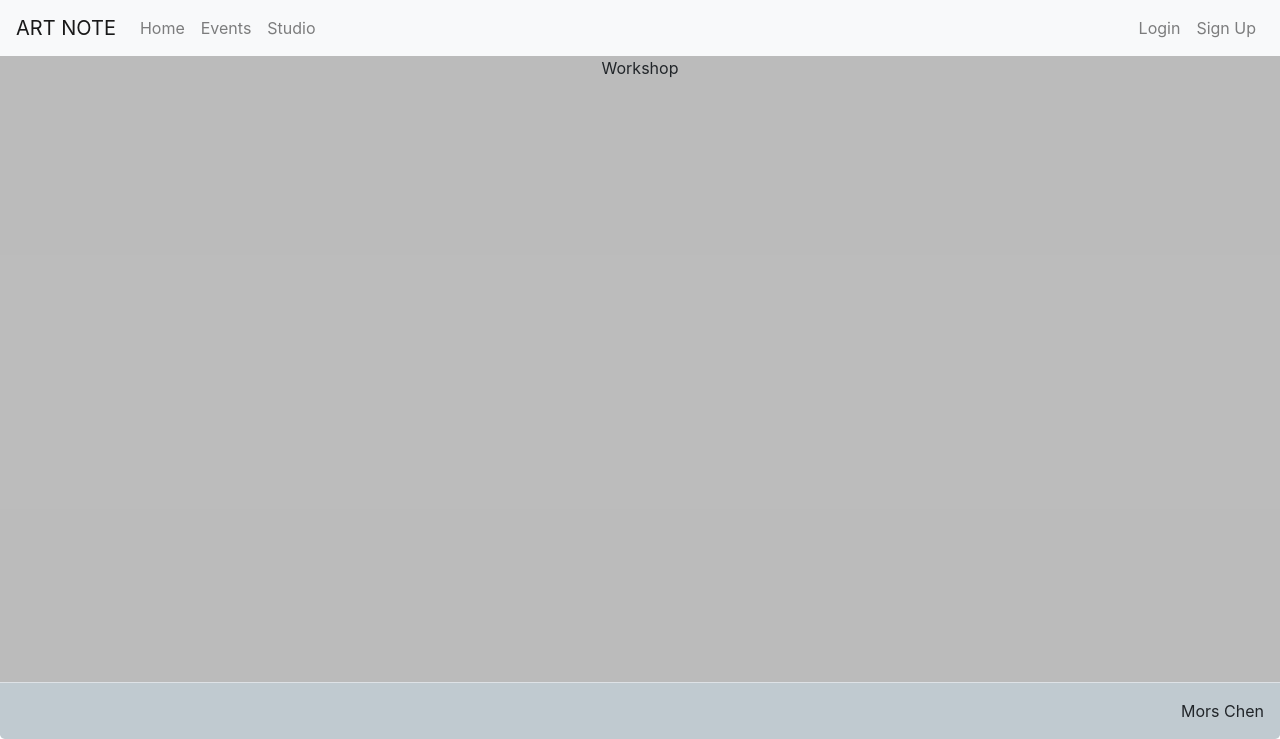
Repository: MorsChen/Final-Client
Page: /workshop (app in client-app/)
These files come from the project's save history. The page is drawn as it stood at one moment and after the next save; the edit follows.
The browser window is 1280 px wide. The pictures show the whole page.
The page's requests for data from a server got no answer. The project was rebuilt for these pictures with package versions that can differ from the ones it lists, and the page was loaded fresh each time. No one was signed in, and anything a server would have sent is missing. Also part of the build but not shown: client-app/src/page/Home.js, client-app/src/page/SignUp.js, client-app/src/page/Login.js, client-app/src/page/Profile.js.

Above is the page before, as saved 2019-10-01 15:39:43.

### client-app/public/index.html
<!DOCTYPE html>
<html lang="en">
  <head>
    <meta charset="utf-8" />
    <link rel="shortcut icon" href="%PUBLIC_URL%/favicon.ico" />
    <meta name="viewport" content="width=device-width, initial-scale=1" />
    <meta name="theme-color" content="#000000" />
    <meta
      name="description"
      content="Web site created using create-react-app"
    />
    <link rel="apple-touch-icon" href="logo192.png" />
    <link
        rel="stylesheet"
        href="https://maxcdn.bootstrapcdn.com/bootstrap/4.3.1/css/bootstrap.min.css"
        integrity="sha384-ggOyR0iXCbMQv3Xipma34MD+dH/1fQ784/j6cY/iJTQUOhcWr7x9JvoRxT2MZw1T"
        crossorigin="anonymous"
      />
    <!--
      manifest.json provides metadata used when your web app is installed on a
      user's mobile device or desktop. See https://developers.google.com/web/fundamentals/web-app-manifest/
    -->
    <link rel="manifest" href="%PUBLIC_URL%/manifest.json" />
    <!--
      Notice the use of %PUBLIC_URL% in the tags above.
      It will be replaced with the URL of the `public` folder during the build.
      Only files inside the `public` folder can be referenced from the HTML.

      Unlike "/favicon.ico" or "favicon.ico", "%PUBLIC_URL%/favicon.ico" will
      work correctly both with client-side routing and a non-root public URL.
      Learn how to configure a non-root public URL by running `npm run build`.
    -->
    <title>Art Note</title>
  </head>
  <body>
    <noscript>You need to enable JavaScript to run this app.</noscript>
    <div id="root"></div>
    <!--
      This HTML file is a template.
      If you open it directly in the browser, you will see an empty page.

      You can add webfonts, meta tags, or analytics to this file.
      The build step will place the bundled scripts into the <body> tag.

      To begin the development, run `npm start` or `yarn start`.
      To create a production bundle, use `npm run build` or `yarn build`.
    -->
  </body>
</html>

### client-app/src/App.js
import React from "react";
import { BrowserRouter as Router, Route } from "react-router-dom";
import "./App.css";
import 'bootstrap/dist/css/bootstrap.min.css';



import Home from "./page/Home";
import SignUp from "./page/SignUp";
import Login from "./page/Login";
import Logout from "./page/Logout";
import Profile, {EditProfile, CreateProfile} from "./page/Profile";
import NavBar from "./static/NavBar";

// const URL = `https://127.0.0.1:5000/`
export default class App extends React.Component {
  constructor(props) {
    super(props);
    const existingToken = localStorage.getItem('token');
    const accessToken = (window.location.search.split("=")[0]==="?api_key") ? window.location.search.split("=")[1] : null;

    if (!accessToken && !existingToken){
        window.location.replace(`localhost:3000/`)
    };

    if (accessToken) {
        localStorage.setItem('token', accessToken);
    };

    this.state = {
      isloading:true,
      events: {},
      blogs: {},
      users: {},
      profiles: {},
      comments: {},
      news: {},
      token: existingToken || accessToken,
      user:{isSignin:false}
    }
  }

  componentDidMount() {
    this.fetchhome()
    this.fetchUser()
  }

  fetchUser= async() =>{
    const a = await fetch('https://127.0.0.1:5000/getuserinfo',{
      headers: {
        "Content-Type": "application/json",
        "Authorization": `Token ${this.state.token}`
      }
    })
    const b = await a.json()
    if (b.status === 200) {
      b.user.isSignin= true;
      b.user.token = this.state.token
      this.setState({isloading:true,user:b.user})
    }
  }

  fetchhome = async()=>{
    const token = this.state.token
    const resp = await fetch(`https://127.0.0.1:5000/userload`, {
            method: "GET",
            headers: ({
                "Content-Type": "application/json",
                "Authorization": `Token ${token}`
                })
            });
    const data = await resp.json()
    console.log("home data",data)
  }

  getToken = (token) => {
    this.setState({token : token})

  }
  // isSignin = () =>{
  //   if (this.state.token !== null){
  //     this.setState({ isSignin : true})
  //   }else {
  //     this.setState({isSignin: false})
  //   }
  //   localStorage.setItem('isSignin', this.isSignin)
  // }

  render() {
    console.log('check state', this.state)
    return (
      <div className="App">
        <Router>
            <NavBar user = {this.state.user} />


          <div className="mag-top">
            <Route path="/" exact component={Home}/>
            <Route path="/events/" exact component={Events} />
            <Route path="/studio/" exact component={Studio} />
            <Route path="/workshop/" component={Workshop} />
            <Route path="/profile/" exact component={ (props) => <Profile {...props} user = {this.state.user} />} />
            <Route path="/profile/create/" comment ={(props)=> <CreateProfile {...props} user = {this.state.user} />}/>
            <Route path="/profile/edit/" comment ={(props)=> <EditProfile {...props} user = {this.state.user} />}/>
            <Route path="/courses/" component={Courses} />
            {/* <Route path="/learningpaths/" component={LearningPaths} /> */}
            <Route path="/login/" component={ (props) => <Login {...props} getToken = {this.getToken} />}/>
            <Route path="/logout/" component= { (props) => <Logout {...props} token = {this.state.token} />}/>
            <Route path="/register/" component={SignUp} />
            <Route path="/about/" component={About} />
          </div>

          <div className="modal-footer">Mors Chen</div>
        </Router>
      </div>
    );
  }

}

function Events() {
  return <div className="FullContent"> Events </div>;
}

function Studio() {
  return <div className="FullContent"> Studio </div>;
}

function Workshop() {
  return <div className="FullContent"> Workshop </div>;
}

function Courses() {
  return <div className="FullContent"> Courses </div>;
}

// function LearningPaths() {
//   return <div> Learning Paths </div>;
// }

function About() {
  return <div className="FullContent"> ABOUT</div>;
}

// function Logout () {
//   return window.location.replace(`${URL}logout`)
// }

### client-app/src/App.css
.App {
  text-align: center;
}

@import url('https://fonts.googleapis.com/css?family=Exo:700');
@import url('https://fonts.googleapis.com/css?family=Abel');

.App-logo {
  height: 40vmin;
}

.App-header {
  background-color: #282c34;
  min-height: 100vh;
  display: flex;
  flex-direction: column;
  align-items: center;
  justify-content: center;
  font-size: calc(10px + 2vmin);
  color: white;
}

.App-link {
  color: #09d3ac;
}

.slider {
  height: 100vh;
  margin-top: -100px;
}

.navbar {
  position: fixed;
  top: 0;
  width: 100%;
  z-index: 1;
  }

.modal-footer {
  background-color: #607a8a65;
}

.mag-top {
  margin-top: 3.5rem;
}


.flip-card {
  background-color: transparent;
  width: 12rem;
  height: 19rem;
  perspective: 1000px;

}

.flip-card-inner {
  position: relative;
  width: 12rem;
  height: 19rem;
  text-align: center;
  transition: transform 1s;
  transform-style: preserve-3d;
  box-shadow: 0 4px 8px 0 rgba(0,0,0,0.2);
}

.flip-card:hover .flip-card-inner {
  transform: rotateY(180deg);
}

.flip-card-front, .flip-card-back {
  position: absolute;
  width: 12rem;
  height: 19rem;
  backface-visibility: hidden;
}

.flip-card-front {
  background-color: #bbb;
  color: black;
}

.flip-card-back {
  background-color: #524221;
  color: rgb(255, 189, 66);
  transform: rotateY(180deg);
}

.FullContent {
  display: flex;
  width: 100vw;
  height: 87vh;
  text-align: center;
  align-items: center;
  flex-direction: column;
  background-color: rgba(32, 32, 32, 0.301);
  margin-top: 2rem;
}

.form-content {
  display: flex;
  width: 80%;
  margin-top: 2rem;
  flex-direction: column;
  justify-content: space-between;
  padding: 1rem;
}

.content {
  display: flex;
  width: 100%;
  height: auto;
  justify-content: center;
}
.card-content {
  display: flex;
  width: 80%;
  margin-top: 2rem;
  flex-direction: row-reverse;
  justify-content: space-between;
  padding: 1rem;
}

.test-div{
  display: flex;
  width: 100%;
  margin-top: 20rem;
  /* height: 500px; */
  color: black;
}



/* Stop------ */
.card-tab {
  background-color: #4201010e;
  width: 100vw;
  height: auto;
  -webkit-transform: perspective(900px);
  transform: perspective(900px);
  -webkit-transform-style: preserve-3d;
  transform-style: preserve-3d;
  text-align:center;
}

.card-font {
  font-family: 'Abel', sans-serif;
  color: white;
  text-align:center;
  font-size:12px;
  text-align: center;
  transform: translatex(12px);
}

.text-h3-card {
  font-size:25px;
  font-family: 'Abel', sans-serif;
  color:rgb(255,255,255);
  text-shadow: 0 0 2px rgb(255,255,255);
  transform: translatey(10px);
}

.card1 {
  text-align:center;
  width: 10em;
  height: 350px;
  margin: 1rem;
  background: linear-gradient(rgb(225,150,58),rgb(227,144,91));
  transition:.6s;

  transform: rotatex(75deg) translatey(-200px) translatez(-100px);
  box-shadow: 0px 20px 60px rgba(0,0,0, 0.5);
}
.card1:hover{
  transform: rotatex(0deg);
  transition:.6s;
  box-shadow: 0px 0px 20px rgba(0, 0, 0, 0.3);
}
.card1 img{
  transform: translateY(1rem);
  width: 10em;
  height:120px;
}

.card2 {
  text-align:center;
  width: 10rem;
  height: 350px;
  margin: 1rem;
  background: linear-gradient(rgb(93,94,170),rgb(93,66,103));
  animation: animate 1s linear infinite;
  transition:.6s;

  transform: rotatex(75deg) translatey(-200px) translatez(-100px);
  box-shadow: 0px 20px 60px rgba(0, 0, 0, 0.5);
}
.card2:hover{
  transform: rotatex(0deg);
  transition:.6s;
  box-shadow: 0px 0px 20px rgba(0, 0, 0, 0.3);
}
.card2 img{
  transform: translateY(1rem);
  width: 10em;
  height:150px;
}
.card3 {
  text-align:center;
  width: 10em;
  height: 350px;
  margin: 1rem;
  background: linear-gradient(#ff5252, #b33939);
  transition:.6s;

  transform: rotatex(75deg) translatey(-200px) translatez(-100px);
  box-shadow: 0px 20px 60px rgba(0, 0, 0, 0.5);
}
.card3:hover{
  transform: rotatex(0deg);
  transition:.6s;
  box-shadow: 0px 0px 20px rgba(0, 0, 0, 0.3);
}
.card3 img{
  transform: translateY(1rem);
  width: 10em;
  height:120px;
}

### client-app/src/page/Logout.js
import React from "react";

const URL = `https://127.0.0.1:5000/`

export default class Logout extends React.Component {
    constructor(props){
        super(props)
        this.state = {...props}
        console.log('check props', this.state)

    }

    componentDidMount(){
        this.deltoken()
    }
    deltoken = async () => {
        console.log('check token inside', this.state.token)
        console.log('check URL', `${URL}logout`)
        const response = await fetch(`${URL}logout`, {
        method: 'GET',
        headers: {
            'Accept': 'application/json',
            'Content-Type': 'application/json',
            'Authorization': `Token ${this.state.token}`
        }
        })
        const status = await response.json()
        console.log('STATUS',status.status)
        if (status.status === 200) {
            localStorage.clear('token')
            this.setState({ token: null })
            return window.location.replace(`http://localhost:3000/`);}
            else {return alert('something wrong')}
    }
    sendToken=(token)=>{
        this.props.getToken({token: token})
    }

    render (){

        return [

        ]
    }
}

### client-app/src/static/NavBar.js
import React from "react";
import { Link } from "react-router-dom";
import { Navbar, Nav} from "react-bootstrap";


export default class NavBar extends React.Component {


  render () {
    console.log('check pass user', this.props.user)
      return [
          <Navbar bg="light" expand="lg">
          <Link class="navbar-brand" to="/">ART NOTE</Link>
            <Navbar.Toggle aria-controls="basic-navbar-nav" />
            <Navbar.Collapse id="basic-navbar-nav">
              <Nav className="mr-auto">
                <Link class="nav-link" to="/">
                    Home
                  </Link>
                  <Link class="nav-link" to="/events/">
                    Events
                  </Link>
                  <Link class="nav-link" to="/studio/">
                    Studio
                  </Link>
                  {this.props.user.isSignin ? <>
                    <Link class="nav-link" to="/workshop/">
                    WorkShop
                    </Link>
                    <Link class="nav-link" to="/courses/">
                      Courses
                    </Link>
                    <Link class="nav-link" to="/profile/">
                      Profile
                    </Link>
                    <Link class="nav-link" to="/about/">
                      About
                    </Link>
                    </> : <>
                      </>}

                {/* <NavDropdown title="Dropdown" id="basic-nav-dropdown">
                  <NavDropdown.Item href="#action/3.1">Action</NavDropdown.Item>
                  <NavDropdown.Item href="#action/3.2">Another action</NavDropdown.Item>
                  <NavDropdown.Item href="#action/3.3">Something</NavDropdown.Item>
                  <NavDropdown.Divider />
                  <NavDropdown.Item href="#action/3.4">Separated link</NavDropdown.Item>
                </NavDropdown> */}
              </Nav>
              <Nav className="mr-0">
                  {this.props.user.isSignin ? <><Link class="nav-link" to="/logout">Logout</Link>
                  </> : <>
                      <Link class="nav-link" to="/login">Login</Link>
                      <Link class="nav-link" to="/register">Sign Up</Link></>}
              </Nav>
            </Navbar.Collapse>
          </Navbar>

      ]
  }
}

Loaded but not shown: client-app/src/index.js (common file); client-app/src/index.css (common file); client-app/src/serviceWorker.js (common file)

After the next save:
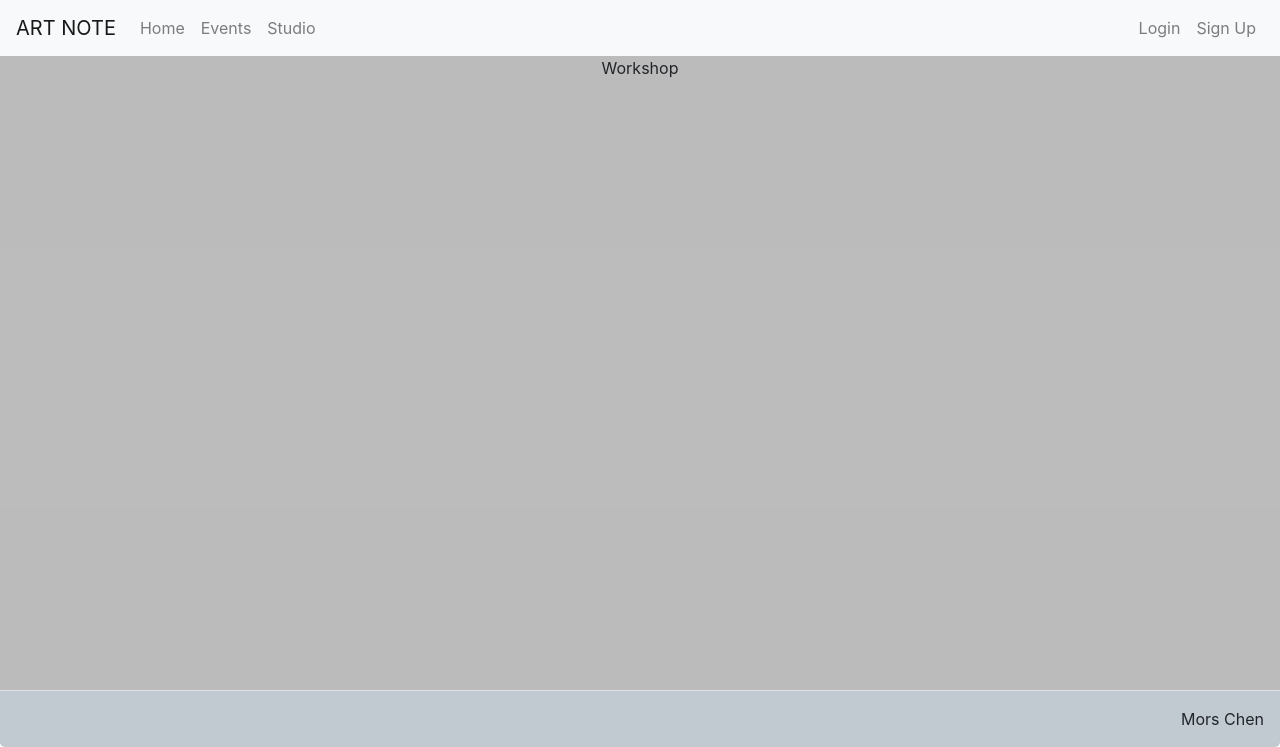
Saved 8 s later.
--- a/client-app/src/App.css
+++ b/client-app/src/App.css
@@ -88,7 +88,7 @@
 .FullContent {
   display: flex;
   width: 100vw;
-  height: 87vh;
+  height: 88vh;
   text-align: center;
   align-items: center;
   flex-direction: column;
